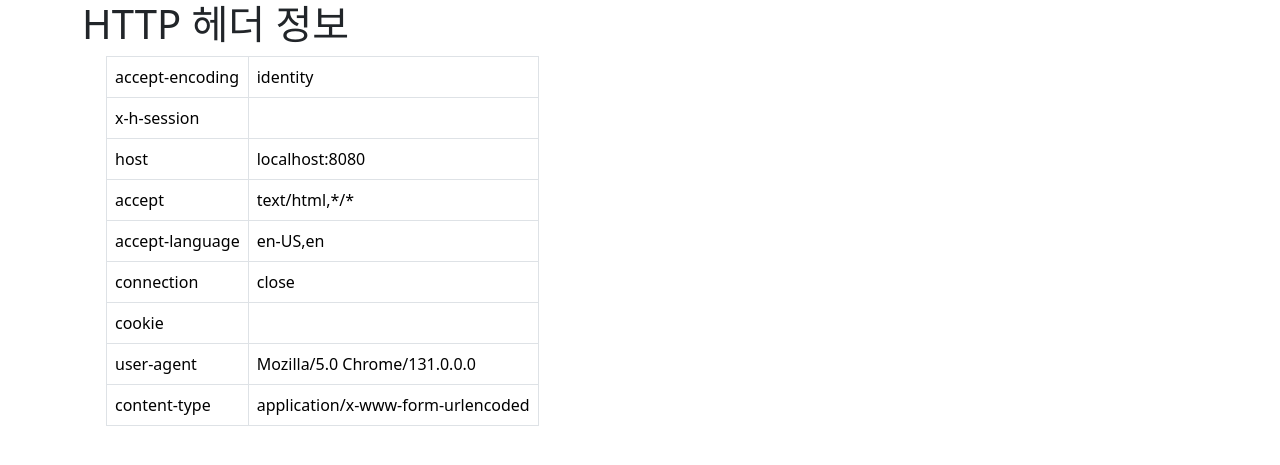
Repository: papepopopy/javascript
Page: http://localhost/webjsp/ex02/httpHeaderinfo.jsp
These files come from the project's save history. The page is drawn as it stood at one moment and after a run of saves; the edit follows.
The browser window is 1280 px wide. The pictures show the whole page.
The page is served by Tomcat 9. Nobody is signed in. The application's start-up code is not run. Other server files are loaded and not shown.

Above is the page before, as saved 2024-07-04 03:15:30.

### jspStudy/jspStudy/webjsp/src/main/webapp/ex02/httpHeaderinfo.jsp
<%@page import="java.util.Enumeration"%>
<%@ page language="java" contentType="text/html; charset=UTF-8"
    pageEncoding="UTF-8"%>
<%
	Enumeration enu = request.getHeaderNames();
%>

<!DOCTYPE html>
<html>
<head>
<meta charset="UTF-8">
<title>HTTP 헤더 정보</title>
<link href="https://cdn.jsdelivr.net/npm/bootstrap@5.3.3/dist/css/bootstrap.min.css" rel="stylesheet" integrity="sha384-QWTKZyjpPEjISv5WaRU9OFeRpok6YctnYmDr5pNlyT2bRjXh0JMhjY6hW+ALEwIH" crossorigin="anonymous">
</head>
<body>
	<div class='container'>
		<h1 class="pr-1">HTTP 헤더 정보</h1>
		<table class="table table-bordered form-check">
			<tbody>
			<%
				while(enu.hasMoreElements()) {
					String headerName = (String) enu.nextElement();
				%>
				<tr>
					<td><%= headerName%></td>
					<td><%= request.getHeader(headerName)%></td>
				</tr>
				<%
				}
			%>
			</tbody>
		</table>
	</div>
</body>
</html>

After the next 2 saves:
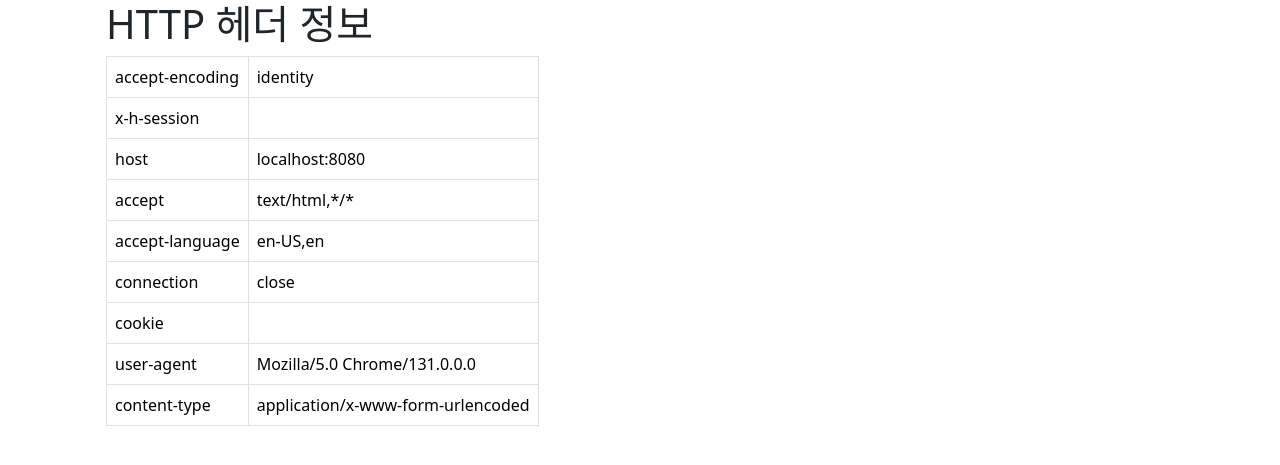
The 2 saves are shown as one change because they came seconds apart.
The last was saved 104 s later.
--- a/jspStudy/jspStudy/webjsp/src/main/webapp/ex02/httpHeaderinfo.jsp
+++ b/jspStudy/jspStudy/webjsp/src/main/webapp/ex02/httpHeaderinfo.jsp
@@ -11,6 +11,11 @@
 <meta charset="UTF-8">
 <title>HTTP 헤더 정보</title>
 <link href="https://cdn.jsdelivr.net/npm/bootstrap@5.3.3/dist/css/bootstrap.min.css" rel="stylesheet" integrity="sha384-QWTKZyjpPEjISv5WaRU9OFeRpok6YctnYmDr5pNlyT2bRjXh0JMhjY6hW+ALEwIH" crossorigin="anonymous">
+<style>
+	h1 {
+		padding-left: 1.5rem;
+	}
+</style>
 </head>
 <body>
 	<div class='container'>
